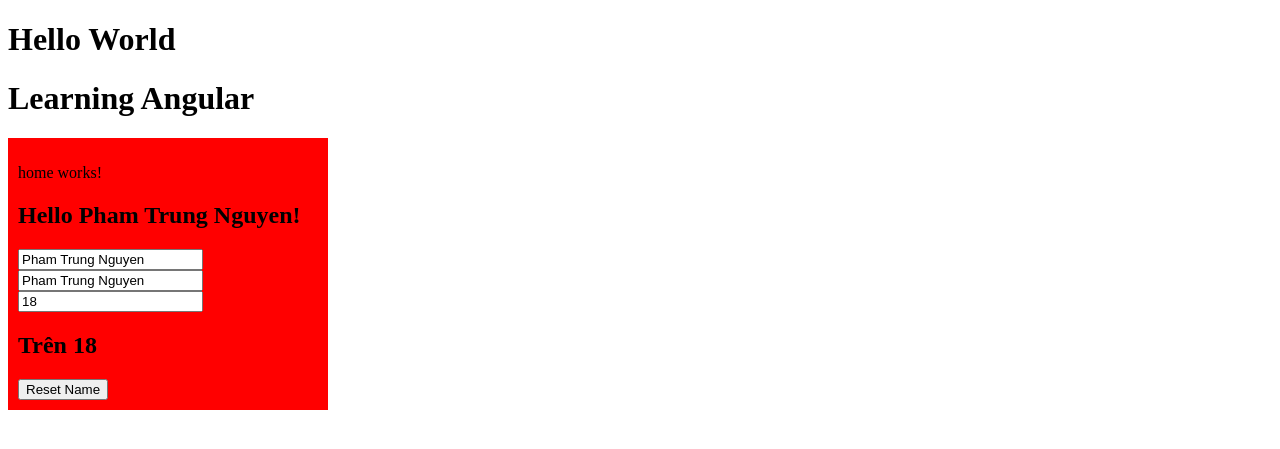
Repository: PhamTrungNguyen/Angular12
Page: / (app in Angular/)
The author's editor kept a copy of each file at every save. The page is drawn from the files as they stood at one save, then again after the next save.
The browser window is 1280 px wide. The pictures show the whole page.
The project was rebuilt for these pictures with package versions that can differ from the ones it lists, and the page was loaded fresh each time. Also part of the build but not shown: Angular/angular.json.

Above is the page before, as saved 2022-12-31 22:23:43.

### Angular/src/app/app.module.ts
import { NgModule } from '@angular/core';
import { BrowserModule } from '@angular/platform-browser';

import { AppRoutingModule } from './app-routing.module';
import { AppComponent } from './app.component';
import { HomeComponent } from './home/home.component';
import { AboutComponent } from './about/about.component';
import { FormsModule } from '@angular/forms';
@NgModule({
  declarations: [AppComponent, HomeComponent, AboutComponent],
  imports: [BrowserModule, AppRoutingModule, FormsModule],
  providers: [],
  bootstrap: [AppComponent],
})
export class AppModule {}

### Angular/src/app/home/home.component.ts
import { Component } from '@angular/core';

@Component({
  selector: 'app-home',
  templateUrl: './home.component.html',
  styleUrls: ['./home.component.scss'],
})
export class HomeComponent {
  public name = 'Pham Trung Nguyen';
  public age = 18;
  public fruit = [];
  public resetName(): void {
    this.name = '';
    console.log('resetName');
  }
  public ngOnInit(): void {
    console.log('Fruit', this.fruit);
  }
}

### Angular/src/app/app.component.html
<h1>Hello World</h1>
<h1>Learning Angular</h1>
<app-home></app-home>

### Angular/src/app/home/home.component.html
<div class="test">
    <p>home works!</p>
    <h2>Hello {{name}}!</h2>
    <input type="text" value="{{name}}">
    <input type="text" [value]="name" [title]='"day la " + name'>
    <input type="text" [(ngModel)]="age">
    <!--  <h2 *ngIf="age<18">Dưới 18</h2>
    <h2 *ngIf="age>=18">Trên 18</h2> -->
    <div *ngIf="age< 18 then young else old"> </div>
    <ng-template #young>
        <h2> Dưới 18</h2>
    </ng-template>
    <ng-template #old>
        <h2> Trên 18</h2>
    </ng-template>
    <button (click)="resetName()">Reset Name</button>
</div>

### Angular/src/app/home/home.component.scss
.test {
  padding: 10px;
  width: 300px;
  background-color: red;
}

Loaded but not shown: Angular/src/index.html (common file); Angular/src/styles.scss (common file); Angular/src/main.ts (common file); Angular/src/app/app-routing.module.ts (common file); Angular/src/app/app.component.ts (common file); Angular/src/app/about/about.component.ts (common file); Angular/src/app/about/about.component.html (common file); Angular/src/app/app.component.scss (no stored copy; drawn as an empty file); Angular/src/app/about/about.component.scss (no stored copy; drawn as an empty file)

After the next save:
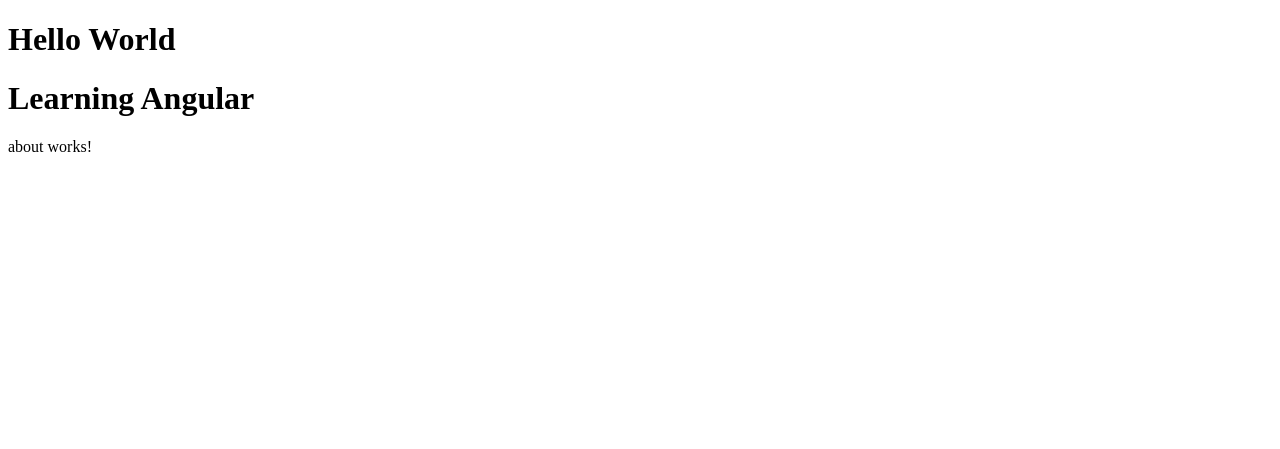
Saved 102 s later.
--- a/Angular/src/app/app.component.html
+++ b/Angular/src/app/app.component.html
@@ -1,3 +1,4 @@
 <h1>Hello World</h1>
 <h1>Learning Angular</h1>
-<app-home></app-home>
+<!-- <app-home></app-home> -->
+<app-about></app-about>
